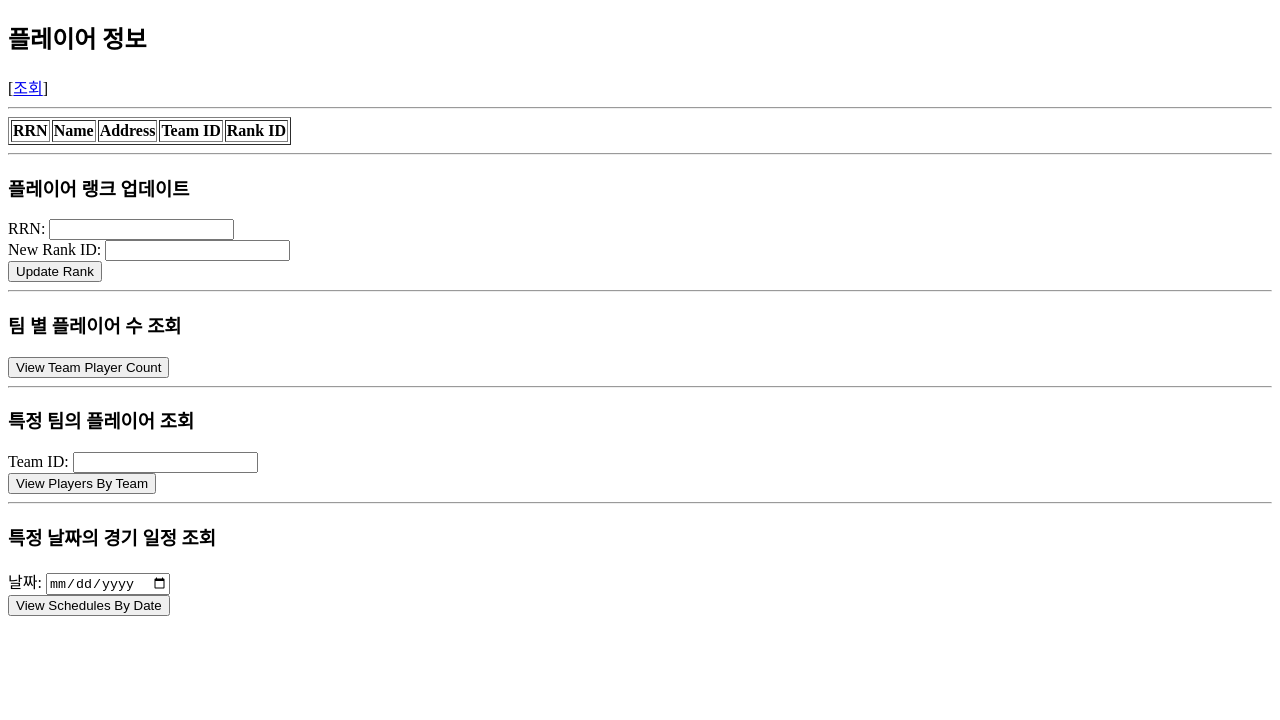
Repository: HappiKing/KNU_Database_ORACLE
Page: http://localhost/gg/playerControl?action=list
An editor plug-in stored every save of this project. The page is shown before and after the next save, followed by the edit.
The browser window is 1280 px wide. The pictures show the whole page.
The page is served by Tomcat 9. Other server files are loaded and not shown. Queries for data that is not in the repository find no rows.

Above is the page before, as saved 2024-06-17 16:56:30.

### DB_futsal/test/gg/src/main/webapp/futsal/playerInfo.jsp
<%@ page language="java" contentType="text/html; charset=UTF-8"
    pageEncoding="UTF-8"%>
<%@ taglib uri="http://java.sun.com/jsp/jstl/core" prefix="c" %>

<!DOCTYPE html>
<html>
<head>
<meta charset="UTF-8">
<title>플레이어 정보</title>
</head>
<body>
  <h2>플레이어 정보</h2>[<a href="/gg/playerControl?action=list">조회</a>]
  <hr>
  <table border="1">
    <tr>
      <th>RRN</th>
      <th>Name</th>
      <th>Address</th>
      <th>Team ID</th>
      <th>Rank ID</th>
    </tr>
    <c:forEach items="${players}" var="p">
      <tr>
        <td>${p.RRN}</td>
        <td>${p.NAME}</td>
        <td>${p.ADDRESS}</td>
        <td>${p.TEAM_ID}</td>
        <td>${p.RANK_ID}</td>
      </tr>
    </c:forEach>
  </table>
  <hr>

  <h3>플레이어 랭크 업데이트</h3>
  <form action="/gg/playerControl" method="post">
    <input type="hidden" name="action" value="updateRank">
    RRN: <input type="text" name="rrn"><br>
    New Rank ID: <input type="text" name="newRankId"><br>
    <input type="submit" value="Update Rank">
  </form>
  <hr>

  <h3>팀 별 플레이어 수 조회</h3>
  <form action="/gg/playerControl" method="post">
    <input type="hidden" name="action" value="teamPlayerCount">
    <input type="submit" value="View Team Player Count">
  </form>
  <hr>

 <h3>특정 팀의 플레이어 조회</h3>
  <form action="/gg/playerControl" method="post">
    <input type="hidden" name="action" value="playersByTeam">
    Team ID: <input type="text" name="teamId"><br>
    <input type="submit" value="View Players By Team">
  </form>
  <hr>

  <h3>특정 날짜의 경기 일정 조회</h3>
  <form action="/gg/playerControl" method="get">
    <input type="hidden" name="action" value="scheduleInfo">
    날짜: <input type="date" name="date"><br>
    <input type="submit" value="View Schedules By Date">
  </form>


</body>
</html>

### DB_futsal/test/gg/src/main/java/sco/PlayerControl.java
package sco;

import java.io.IOException;
import java.sql.Date;

import javax.servlet.ServletConfig;
import javax.servlet.ServletException;
import javax.servlet.annotation.WebServlet;
import javax.servlet.http.HttpServlet;
import javax.servlet.http.HttpServletRequest;
import javax.servlet.http.HttpServletResponse;

@WebServlet("/playerControl")
public class PlayerControl extends HttpServlet {
    private static final long serialVersionUID = 1L;

    PlayerDAO dao;

    public void init(ServletConfig config) throws ServletException {
        super.init(config);
        dao = new PlayerDAO();
    }

    protected void service(HttpServletRequest request, HttpServletResponse response) throws ServletException, IOException {
        request.setCharacterEncoding("utf-8");
        String action = request.getParameter("action");
        String view = "";

        if(action == null) {
            getServletContext().getRequestDispatcher("/playerControl?action=list").forward(request, response);
        } else {
            switch(action) {
            case "list": view = list(request, response); break;
            case "updateRank": view = updateRank(request, response); break;
            case "teamPlayerCount": view = teamPlayerCount(request, response); break;
            case "playersByTeam": view = playersByTeam(request, response); break;
            case "schedulesByDate": view = schedulesByDate(request, response); break;
            case "schedulesByStadium": view = schedulesByStadium(request, response); break;

            // 추가적인 비즈니스 로직 메소드 호출 추가
            }
            getServletContext().getRequestDispatcher("/futsal/" + view).forward(request, response);
        }
    }

    private String list(HttpServletRequest request, HttpServletResponse response) {
        request.setAttribute("players", dao.getAll());
        return "playerInfo.jsp";
    }

    private String updateRank(HttpServletRequest request, HttpServletResponse response) {
        String rrn = request.getParameter("rrn");
        String newRankId = request.getParameter("newRankId");
        dao.updateRank(rrn, newRankId);
        return "playerInfo.jsp";
    }

    private String teamPlayerCount(HttpServletRequest request, HttpServletResponse response) {
        request.setAttribute("teamPlayerCounts", dao.getTeamPlayerCount());
        return "teamPlayerCount.jsp";
    }

    private String playersByTeam(HttpServletRequest request, HttpServletResponse response) {
        String teamId = request.getParameter("teamId");
        request.setAttribute("players", dao.getPlayersByTeam(teamId));
        return "playerInfo.jsp";
    }

    private String schedulesByDate(HttpServletRequest request, HttpServletResponse response) {
        Date date = Date.valueOf(request.getParameter("date"));
        request.setAttribute("schedules", dao.getSchedulesByDate(date));
        return "scheduleInfo.jsp";
    }

    private String schedulesByStadium(HttpServletRequest request, HttpServletResponse response) {
        String stadiumName = request.getParameter("stadiumName");
        request.setAttribute("schedules", dao.getSchedulesByStadium(stadiumName));
        return "scheduleInfo.jsp";
    }
}

After the next save:
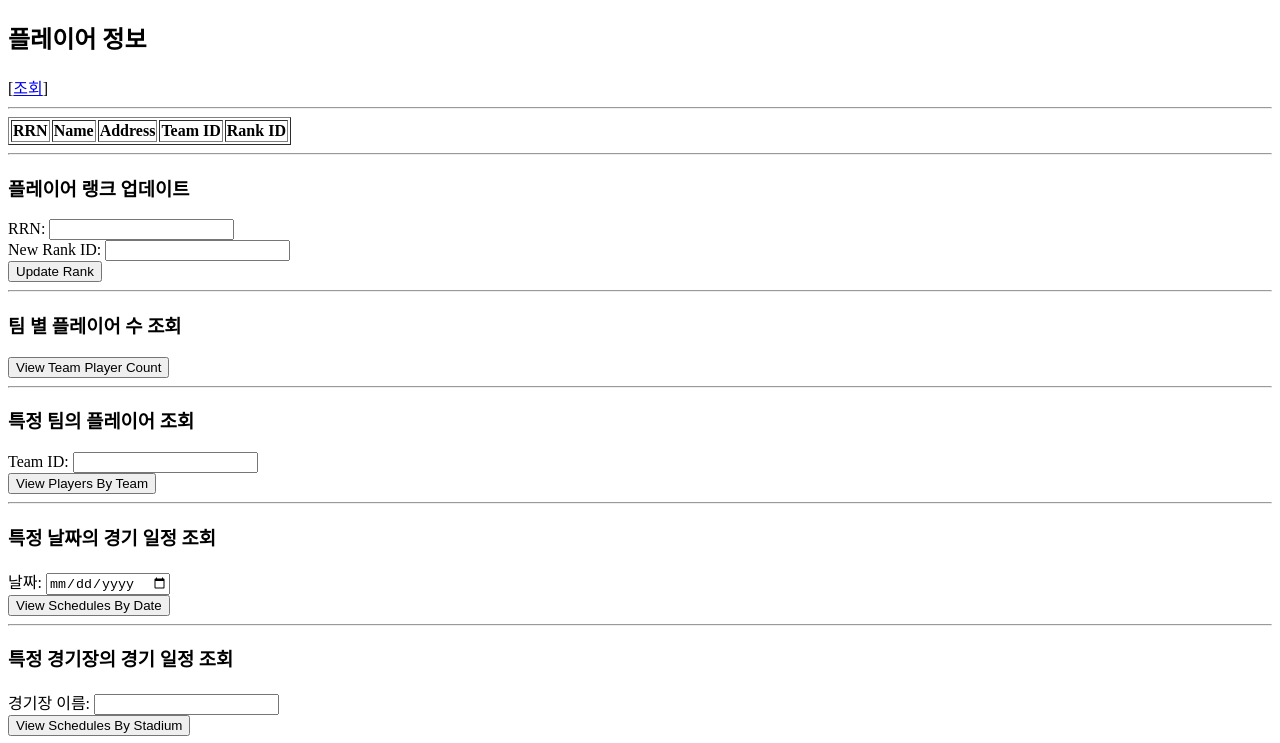
Saved 78 s later.
--- a/DB_futsal/test/gg/src/main/webapp/futsal/playerInfo.jsp
+++ b/DB_futsal/test/gg/src/main/webapp/futsal/playerInfo.jsp
@@ -61,6 +61,14 @@
     날짜: <input type="date" name="date"><br>
     <input type="submit" value="View Schedules By Date">
   </form>
+  <hr>
+
+  <h3>특정 경기장의 경기 일정 조회</h3>
+  <form action="/gg/playerControl" method="get">
+    <input type="hidden" name="action" value="scheduleInfo">
+    경기장 이름: <input type="text" name="stadiumName"><br>
+    <input type="submit" value="View Schedules By Stadium">
+  </form>
 
 
 </body>
